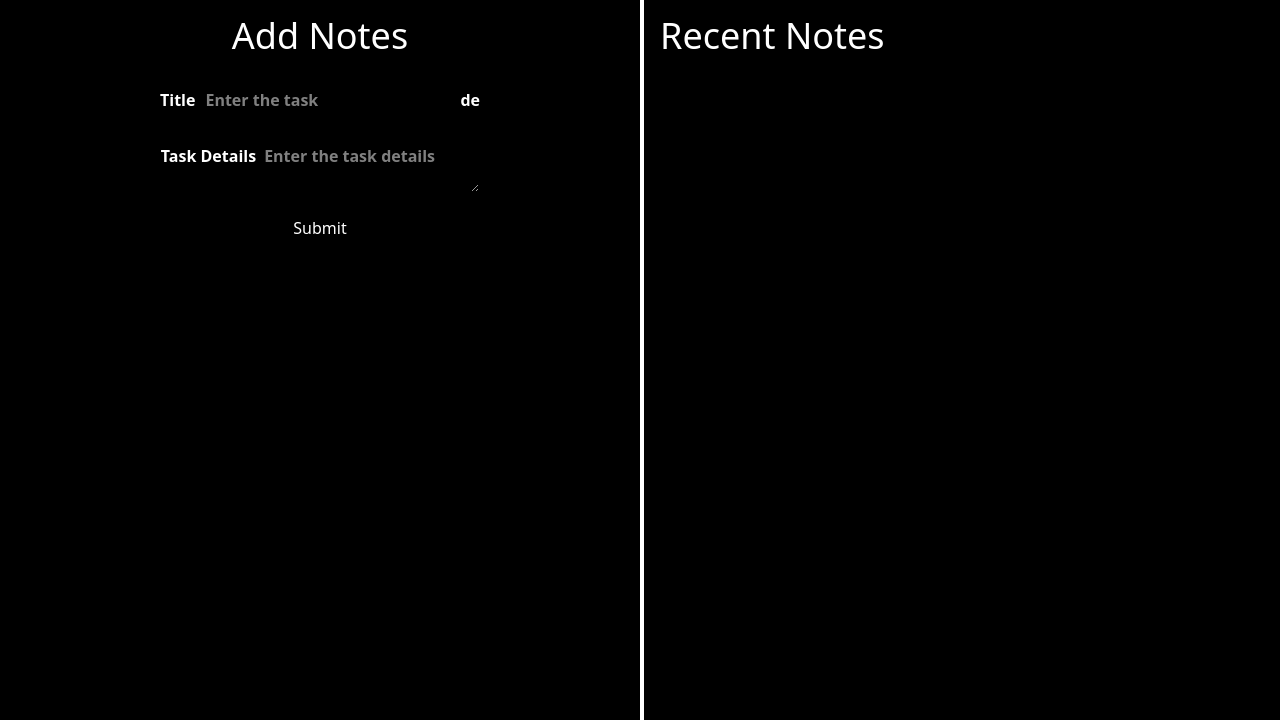
Repository: ajay-maurya-dev/notes
Page: /
The author's editor kept a copy of each file at every save. The page is drawn from the files as they stood at one save, then again after a run of saves.
The browser window is 1280 px wide. The pictures show the whole page.
The project was rebuilt for these pictures with package versions that can differ from the ones it lists, and the page was loaded fresh each time. Also part of the build but not shown: vite.config.js.

Above is the page before, as saved 2026-09-26 08:20:47.

### index.html
<!doctype html>
<html lang="en">
  <head>
    <meta charset="UTF-8" />
    <link rel="icon" type="image/svg+xml" href="/favicon.svg" />
    <meta name="viewport" content="width=device-width, initial-scale=1.0" />
    <title>funtion</title>
  </head>
  <body>
    <div id="root"></div>
    <script type="module" src="/src/main.jsx"></script>
  </body>
</html>

### src/App.jsx
import { useState } from "react"
import { X } from 'lucide-react';


const App = () => {

  const [Title, setTitle] = useState("")
  const [Details, setDetails] = useState("")
  const [task, setTask] = useState([])

  const handleSubmit = (e) => {
    e.preventDefault()
    const copyTask = [...task];
    copyTask.push({ Title, Details })

    setTask(copyTask)


    setTitle("")
    setDetails("")
  }

  const deleted = () => {
    console.log("Notes");

  }

  return (
    <div className="flex h-screen bg-black text-white">
      <form className="flex flex-col items-center gap-6 border-none w-1/2 h-full shadow-md/10 p-4 shadow-olive-100" onSubmit={(e) => {
        handleSubmit(e)
      }}>
        <h1 className="text-4xl">Add Notes</h1>
        <label className="flex gap-2.5 font-bold p-2 bg-transparent">
          Title
          <input
            type="text"
            className="outline-none"
            placeholder="Enter the task"
            value={Title}
            onChange={(e) => {
              setTitle(e.target.value)
            }} />
            de
        </label>
        <label className="flex font-bold gap-2">
          Task Details
          <textarea
            placeholder="Enter the task details"
            className="flex justify-center items-center outline-none"
            type="text"
            value={Details}
            name=""
            onChange={(e) => {
              setDetails(e.target.value)
            }}
            id="" />
        </label>
        <button className="border-none hover:bg-cyan-300 rounded-4xl px-4 active:scale-95" type="submit">Submit</button>
      </form>
      <div className="flex flex-col h-full p-4 w-1/2 border-l-4 overflow-x-auto">
        <h1 className="text-4xl">Recent Notes</h1>
        <div className="flex flex-wrap gap-4">
          {
            task.map(function (elem, idx) {
              return <div className="relative flex flex-col gap-4 mt-4 h-80 flex-wrap w-70 p-10 text-black rounded-4xl overflow-x-auto overflow-y-hidden bg-[url('https://imgs.search.brave.com/p2VirxELPDEsr8YbxT5bZGx7wpRhcGewhV7xBstKXW8/rs:fit:500:0:1:0/g:ce/aHR0cHM6Ly9pLnBp/bmltZy5jb20vb3Jp/Z2luYWxzL2VmL2Uw/L2ZmL2VmZTBmZmRi/NWI2OThlZTcxZWQx/MmM0ZTRiZTA2MWZi/LmpwZw')] bg-cover" key={idx}>
                <button onClick={() => deleted()} className="left-50 absolute cursor-pointer active:scale-0 top-3"><X /></button>
                <h1 className="text-2xl font-bold leading-tight">{elem.Title}</h1>
                <p className="text-medium leading-relaxed w-full text-gray-500 ">{elem.Details}</p>
              </div>

            })
          }

        </div>

      </div>
    </div>
  )
}

export default App

Loaded but not shown: src/main.jsx (common file); src/index.css (common file)

After the next 2 saves:
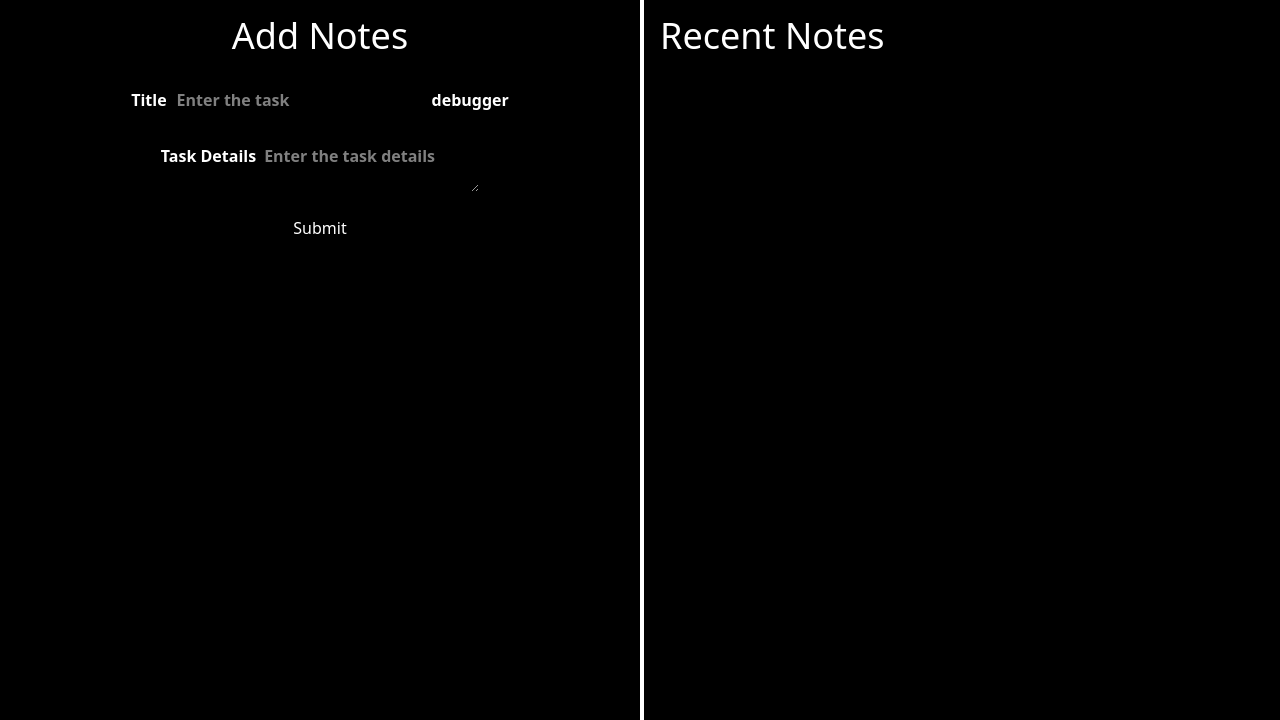
The 2 saves are shown as one change because they came seconds apart.
The last was saved 8 s later.
--- a/src/App.jsx
+++ b/src/App.jsx
@@ -41,7 +41,7 @@ const App = () => {
             onChange={(e) => {
               setTitle(e.target.value)
             }} />
-            de
+            debugger
         </label>
         <label className="flex font-bold gap-2">
           Task Details
